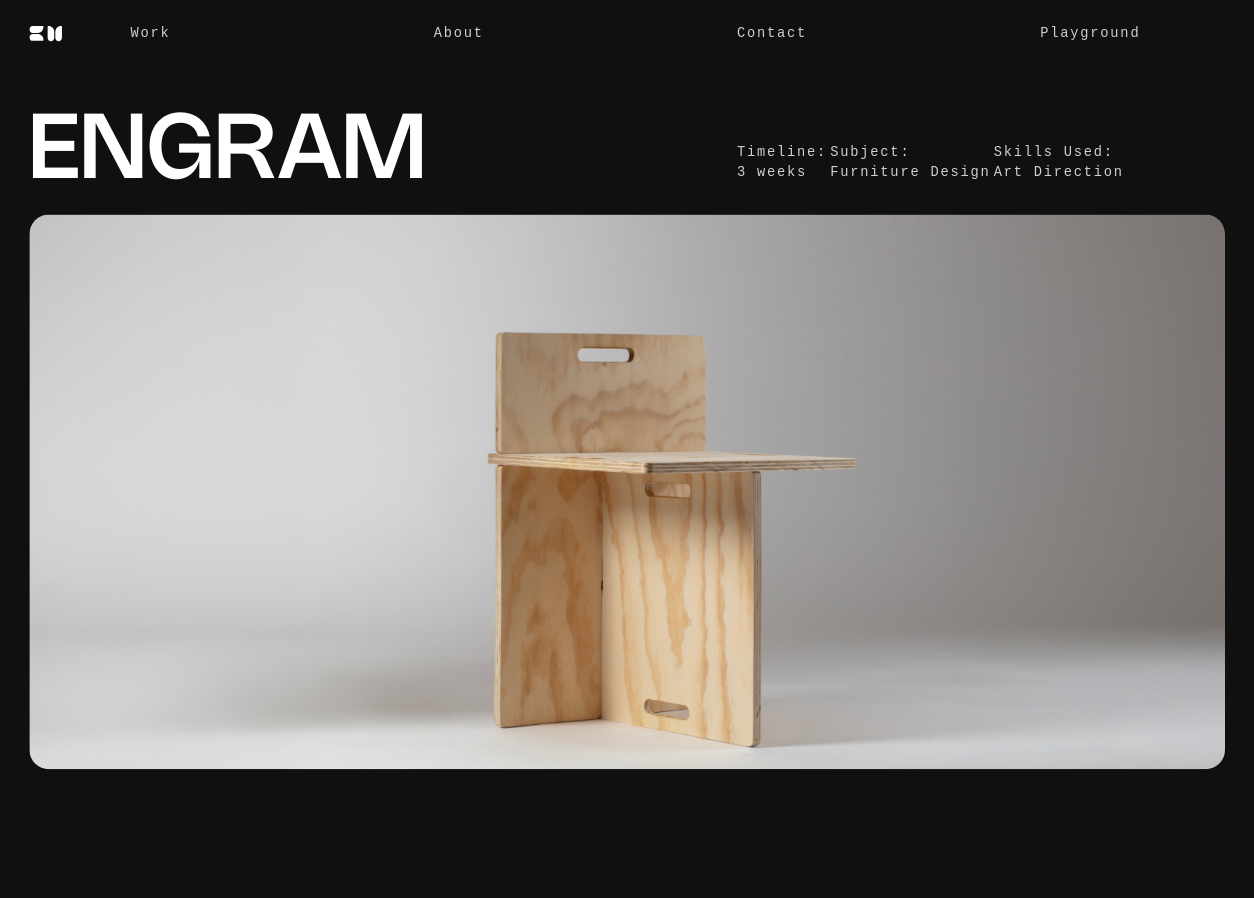
Repository: theethanwright/ethan_wright_portfolio
Page: work/work.html
An editor plug-in stored every save of this project. The page is shown before and after the next save, followed by the edit.
The browser window is 1280 px wide. The pictures show the whole page, at 98% of full size.

Above is the page before, as saved 2023-12-25 23:11:41.

### work/work.html
<!DOCTYPE html>
<html lang="en">
<head>
    <meta charset="UTF-8">
    <meta name="viewport" content="width=device-width, initial-scale=1.0">
    <script defer src="https://cdnjs.cloudflare.com/ajax/libs/matter-js/0.19.0/matter.min.js"></script>
    <script defer src="app.js"></script>
    <link rel="stylesheet" href="main.css">
    <link rel="stylesheet" href="layouts.css">
    <title>Work</title>
</head>
<body>
    <div class="navbar">
        <div class="logo">
            <svg xmlns="http://www.w3.org/2000/svg" width="16" height="17" viewBox="0 0 16 17" fill="none">
                <path d="M14.3673 0H3.61693C1.61938 0 0 1.6756 0 3.74249C0 5.80938 1.61938 7.48498 3.61693 7.48498H9.1428C12.5831 7.48498 15.372 4.59931 15.372 1.03958C15.372 0.46542 14.9221 0 14.3673 0Z" fill="white"/>
                <path d="M9.1428 8.72827H3.61693C1.61938 8.72827 0 10.4039 0 12.4708C0 14.5377 1.61938 16.2133 3.61693 16.2133H14.3673C14.9221 16.2133 15.372 15.7478 15.372 15.1737C15.372 11.6139 12.5831 8.72827 9.1428 8.72827Z" fill="white"/>
            </svg>
            <svg xmlns="http://www.w3.org/2000/svg" width="17" height="17" viewBox="0 0 17 17" fill="none">
                <path d="M1.63275 0C1.07786 0 0.628052 0.46542 0.628052 1.03958V12.8729C0.628052 14.9398 2.24743 16.6154 4.24498 16.6154C6.24253 16.6154 7.86191 14.9398 7.86191 12.8729V6.4454C7.86191 2.88567 5.07306 0 1.63275 0Z" fill="white"/>
                <path d="M15.2936 0C11.8532 0 9.06439 2.88567 9.06439 6.4454V12.8729C9.06439 14.9398 10.6838 16.6154 12.6813 16.6154C14.6789 16.6154 16.2983 14.9398 16.2983 12.8729V1.03958C16.2983 0.46542 15.8484 0 15.2936 0Z" fill="white"/>
            </svg>
        </div>
        <p>Work</p>
        <p>About</p>
        <p>Contact</p>
        <p>Playground</p>
        <a href="javascript:void(0);" class="icon" onclick="myFunction()">
            <i class="hamburger"><svg xmlns="http://www.w3.org/2000/svg" width="24" height="24" viewBox="0 0 24 24" fill="none">
                <rect y="2.26416" width="24" height="3.16981" fill="white"/>
                <rect y="17.6604" width="24" height="3.16981" fill="white"/>
                <rect x="1.81133" y="9.96225" width="22.1887" height="3.16981" fill="white"/>
              </svg></i>
        </a>
    </div>
    <div class="wrapper-project">
        <h1>Engram</h1>
        <div class="project-info">
        <p>Timeline:<br>3 weeks</p>
        <p>Subject:<br>Furniture Design</p>
        <p>Skills Used:<br>Art Direction</p>
        </div>
        <a href="">
            <img src="public/images/1.jpg" alt="">
        </a>
    </div>
</body>
</html>

### work/main.css


@font-face {
    font-family: "Nohemi";
    src: url(public/fonts/Nohemi-Medium.woff2);
  }

@import url('https://fonts.googleapis.com/css2?family=IBM+Plex+Mono&display=swap');

h1 {
  box-sizing: border-box;
  color: #FFF;
  font-family: "Nohemi";
  font-size: 7.176vw;
  font-style: normal;
  font-weight: 500;
  line-height: 65%; /* 186px */
  letter-spacing: 1.24px;
  text-transform: uppercase;
  margin: 0%;
}

p {
  box-sizing: border-box;
    color: rgba(255, 255, 255, 0.80);
    font-family: 'IBM Plex Mono', monospace;
    font-size: 14px;
    font-style: normal;
    font-weight: 400;
    line-height: 150%; /* 21px */
    letter-spacing: 1.82px;
    margin: 0%;
}

  body {
    box-sizing: border-box;
    display: block;
    overflow: scroll;
    background: #101010;
  }

  img {
    box-sizing: border-box;
    max-width: 100%;
    height: auto;

    border-radius: 20px;
  }

  a {
    box-sizing: border-box;
  }

### work/layouts.css
@media screen and (min-width: 905px) {
    body {
      margin: 0%;
      padding: 0%;
    }

    .navbar {
        box-sizing: border-box;
        position: absolute;
        padding: 24px 30px;
        display: grid;
        margin: 0;
        width: 100%;
        grid-template-columns: repeat(12, 1fr);
        gap: 1.389vw;
    }

    .logo {
        grid-column-start: 1;
        display: flex;
        width: 34px;
        height: 16px;
        justify-content: center;
        align-items: center;
        gap: 3.256px;
        justify-self: start;
        align-self: center;
      }

      p:nth-child(2) {
        grid-column: 2 / span 2;
        justify-self: start;
        align-self: center;
      }

      p:nth-child(3) {
        grid-column: 5 / span 2;
        justify-self: start;
        align-self: center;
      }

      p:nth-child(4) {
        grid-column: 8 / span 2;
        justify-self: start;
        align-self: center;
      }

      p:nth-child(5) {
        grid-column: 11 / span 2;
        justify-self: start;
        align-self: center;
      }

      .hamburger {
        display: none;
      }

      .wrapper-project {
        box-sizing: border-box;
        display: grid;
        margin: 0;
        width: 100%;
        padding: 127px 30px;
        grid-template-columns: repeat(12, 1fr);
        gap: 32px 1.389vw;
      }

      .wrapper-project h1 {
        grid-column: 1 / span 4;
        justify-self: start;
        align-self: end;
      }

      .wrapper-project .project-info {
        grid-column: 8 / span 4;
        justify-self: stretch;
        align-self: end;

        display: flex;
        justify-content: space-between;
        align-items: flex-end;
      }

      .wrapper-project a {
        grid-column: 1 / span 12;
        justify-self: start;
        align-self: center;
      }

}

@media screen and (max-width: 904px) {
    .navbar {
        position: absolute;
        padding: 16px 30px;
        display: grid;
        margin: 0;
        grid-template-columns: repeat(8, 8.833vw);
        gap: 2.667vw;
    }

    .logo {
        grid-column-start: 1;
        display: flex;
        width: 34px;
        height: 16px;
        justify-content: center;
        align-items: center;
        gap: 3.256px;
        justify-self: start;
        align-self: center;
      }

    .navbar p {
        display: none;
    }

    .icon {
        display: grid;
        grid-column-start: 8;
        justify-self: end;
        align-self: center;
    }
}

@media screen and (max-width: 600px) {
    .navbar {
        position: absolute;
        padding: 16px 16px;
        display: grid;
        margin: 0;
        grid-template-columns: repeat(4, 19.444vw);
        gap: 4.444vw;
    }

    .logo {
        grid-column-start: 1;
        display: flex;
        width: 34px;
        height: 16px;
        justify-content: center;
        align-items: center;
        gap: 3.256px;
        justify-self: start;
        align-self: center;
      }

    .navbar p {
        display: none;
    }

    .icon {
        display: grid;
        grid-column-start: 4;
        justify-self: end;
        align-self: center;
    }
}

Loaded but not shown: work/app.js (common file)

After the next save:
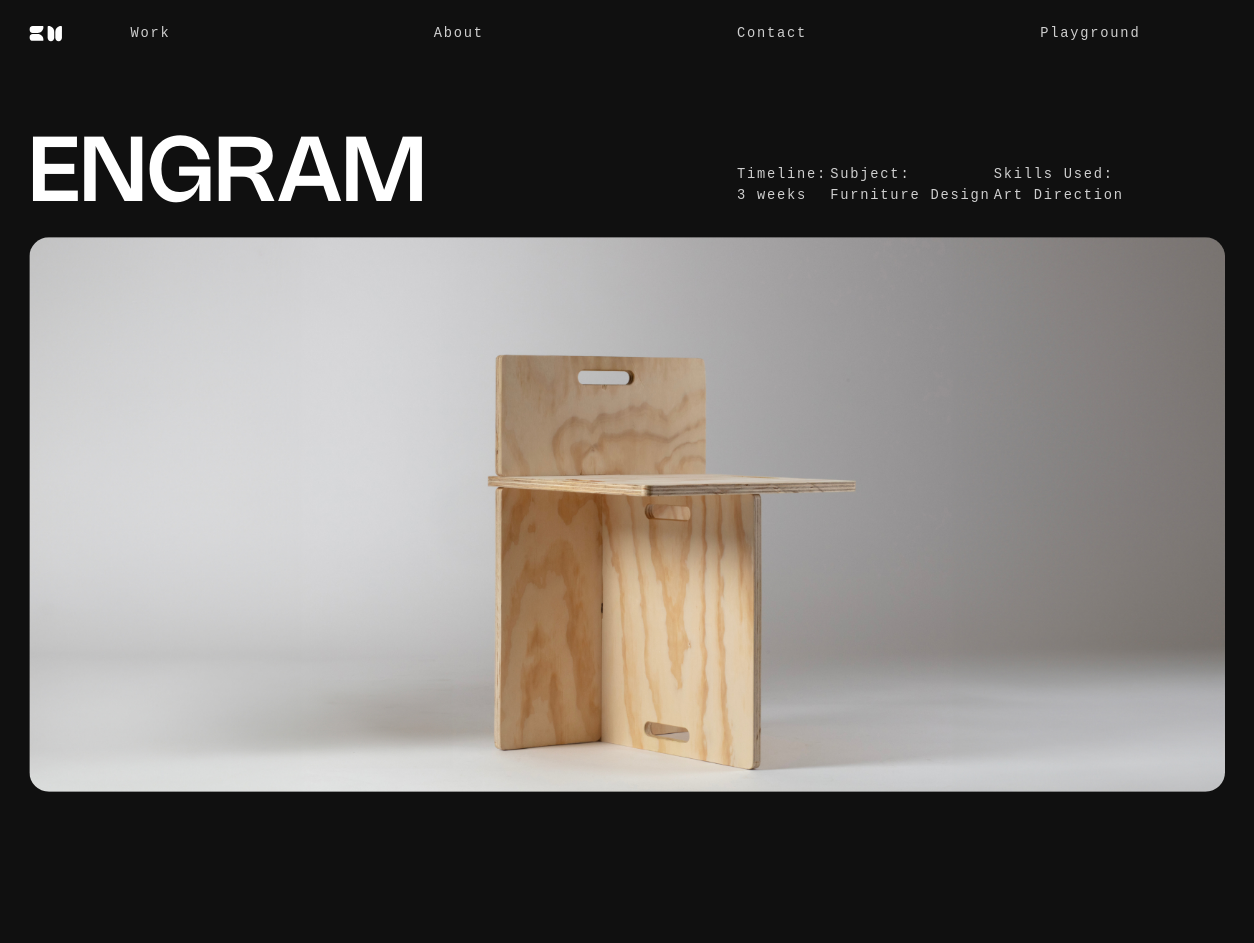
Saved 9 s later.
--- a/work/layouts.css
+++ b/work/layouts.css
@@ -60,7 +60,7 @@
         display: grid;
         margin: 0;
         width: 100%;
-        padding: 127px 30px;
+        padding: 150px 30px;
         grid-template-columns: repeat(12, 1fr);
         gap: 32px 1.389vw;
       }
